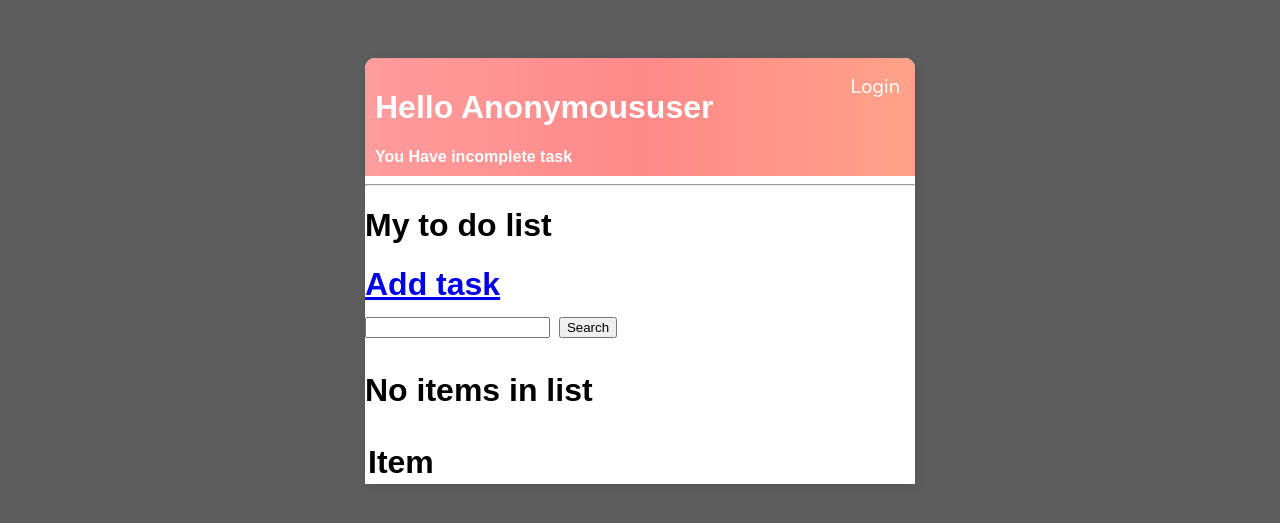
Repository: Justin-Panagos/todoList
Page: base/templates/base/task_list.html
An editor plug-in stored every save of this project. The page is shown before and after the next save, followed by the edit.
The browser window is 1280 px wide. The pictures show the whole page.
The template is drawn by Django 3.2. The application's start-up code is not run. Other server files are loaded and not shown. The template is opened directly, without the code that normally fills it, so the values that code supplies are empty.

Above is the page before, as saved 2021-08-29 11:05:24.

### base/templates/base/task_list.html
{% extends 'base/main.html' %}
{% block content %}

<div class="header-bar">
    <div>
        <h1> Hello {{request.user|title}}</h1>
        <h4 style="margin:0;">You Have <b>{{count}}</b> incomplete task{{count|pluralize}}</h4>
    </div>
    {% if request.user.is_authenticated %}
    <a href="{% url 'logout' %}">Logout</a>
    {% else %}
    <a href="{% url 'login' %}">Login</a>
    {% endif %}
</div>

<hr>
<h1>My to do list {{color}}<h1>
<a href="{% url 'task-create' %}" >Add task</a>
<form method="GET">
    <input type="text" name="search-area" value="{{search_input}}" />
    <input type="submit" value="Search"/>
</form>
<table>
    <tr>
        <th>Item</th>
        <th></th>
        <th></th>
    </tr>
    {% for task in tasks %}
    <tr>
        <td>{{task.title}}</td>
        <td><a href="{% url 'task-update' task.id%}">Edit</a></td>
        <td><a href="{% url 'task-delete' task.id%}">Delete</a></td>
    </tr>
    {% empty %}
    <p>No items in list</p>
    {% endfor %}
</table>

{% endblock content %}

### base/templates/base/main.html
<!DOCTYPE html>

<html>
    <head>
        <meta charset="UTF-8">
        <meta http-equiv="X-UA-Compatible" content="IE=edge">
        <meta name="viewport" content="width=device-width, initial=1">
        <meta description="description" content="">
        <title>To Do Items</title>
        <link rel="preconnect" href="https://fonts.googleapis.com">
        <link rel="preconnect" href="https://fonts.gstatic.com" crossorigin>
        <link href="https://fonts.googleapis.com/css2?family=Nunito:wght@300&display=swap" rel="stylesheet">
        <style>
            body{
                background-color: #5D5D5D;
                font-family:'Nunito',sans-serif;
                padding-top:50px;
            }
            .container{
                max-width:550px;
                margin-left: auto;
                margin-right: auto;
                background-color: #FFF;
                border-radius:10px 10px 0 0;


                -webkit-box-shadow: 2px 2px 13px -4px rgba(0, 0, 0, 0.21);
                box-shadow: 2px 2px 13px 1-4px rgba(0, 0, 0, 0.21);
            }

            h1,h2,h3,h4,h5,h6{
                font-family:'Raleway',sans-serif;
            }

            a,p{
                text-size: 20px;
            }

            .header-bar{
                display: flex;
                justify-content:space-between;
                padding:10px;
                background: linear-gradient(90deg, #FF9C9C,#FF8989,#FFA289 100%);
                color: #FFFFFF;
                border-radius:10px 10px 0 0;
            }
            .header-bar a{
                color: #FFFFFF;

                padding:5px;
                font-size:20px;
                text-decoration:none;
            }
            .header-bar a:hover{
                transition: 0.15s;

            }

        </style>
    </head>
    <body>
        <div class="container">
            {% block content %}

            {% endblock content %}
        </div>
    </body>
<html>

After the next save:
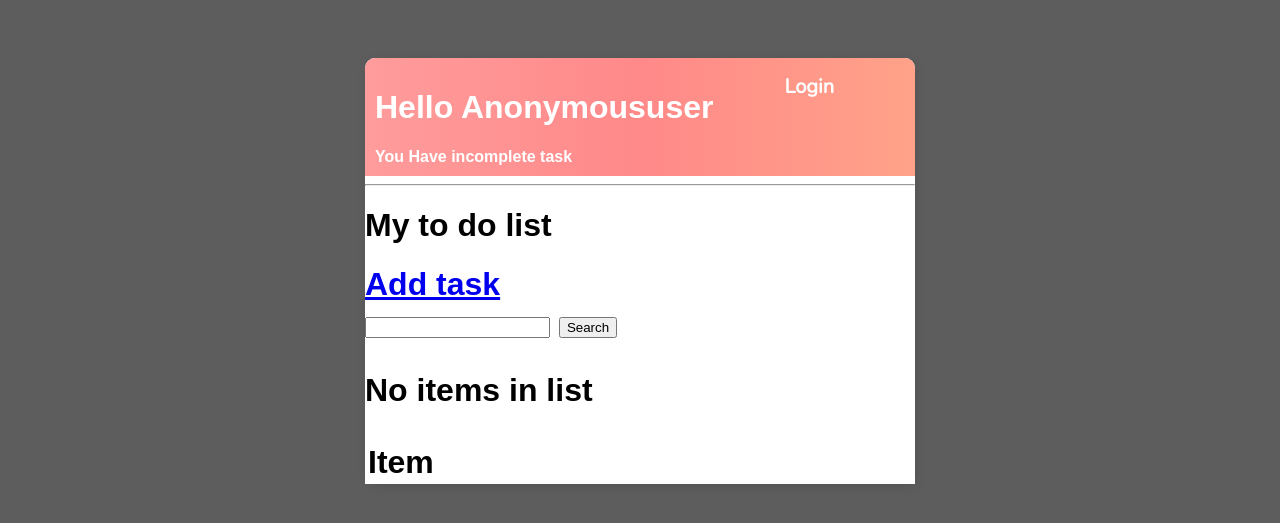
Saved 15 s later.
--- a/base/templates/base/task_list.html
+++ b/base/templates/base/task_list.html
@@ -9,7 +9,7 @@
     {% if request.user.is_authenticated %}
     <a href="{% url 'logout' %}">Logout</a>
     {% else %}
-    <a href="{% url 'login' %}">Login</a>
+    <a href="{% url 'login' %}"><b>Login</a>
     {% endif %}
 </div>
 
